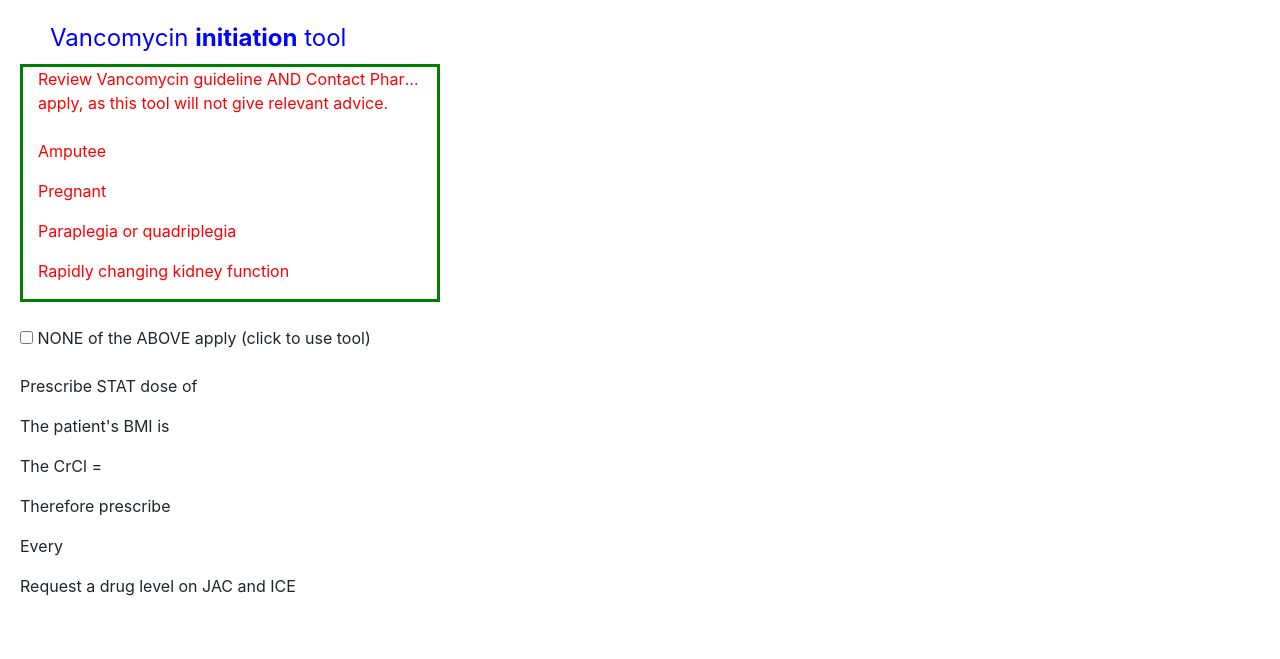
Repository: Mismiles/project-clinical-calculator
Page: index.html
The author's editor kept a record of every edit. The page is drawn from the files as they stood at one moment, then again after the next edit.
The browser window is 1280 px wide. The pictures show the whole page.

Above is the page before.

After the next edit:
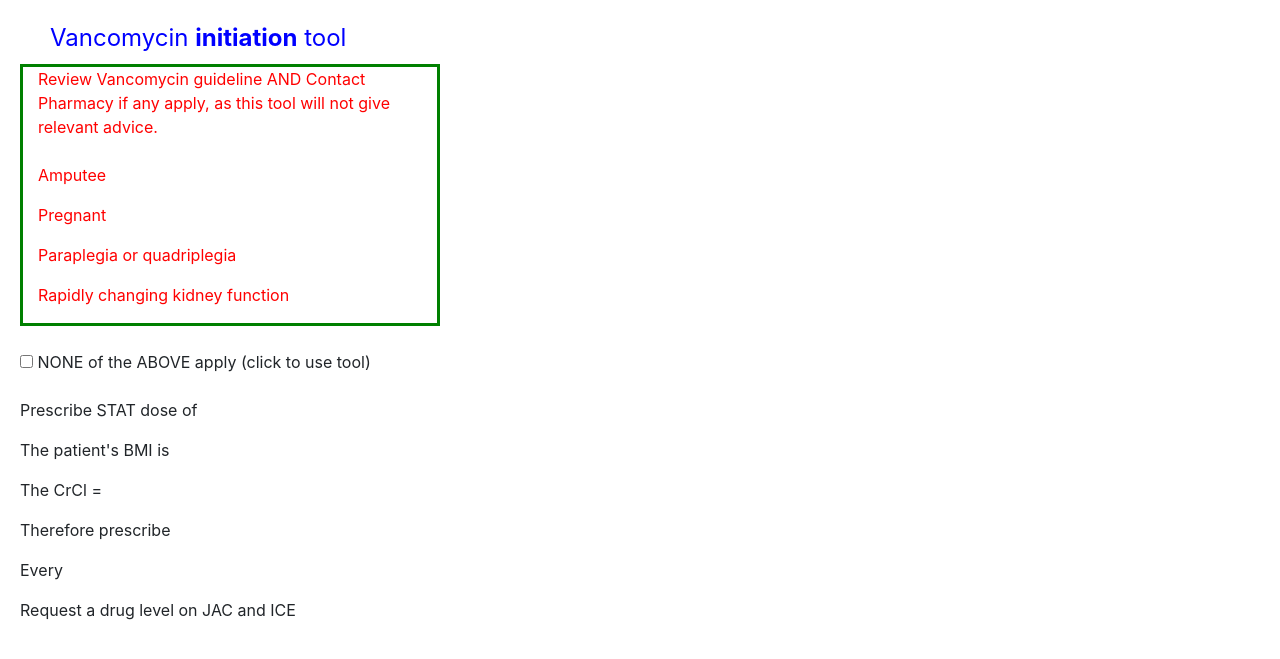
The edit:
--- a/index.html
+++ b/index.html
@@ -23,7 +23,7 @@
 <legend>Vancomycin <b>initiation</b> tool</legend>
 
 <!-- Parameters -->
-  <div class="col-lg-4 statement" for="parameters" style="color:red">Review Vancomycin guideline AND Contact Pharmacy if any<br> apply, as this tool will not give relevant advice.
+  <div class="col-lg-4 statement" for="parameters" style="color:red">Review Vancomycin guideline AND Contact<br>Pharmacy if any apply, as this tool will not give<br>relevant advice.
     <br>
     <br>
     <p>Amputee</p>
